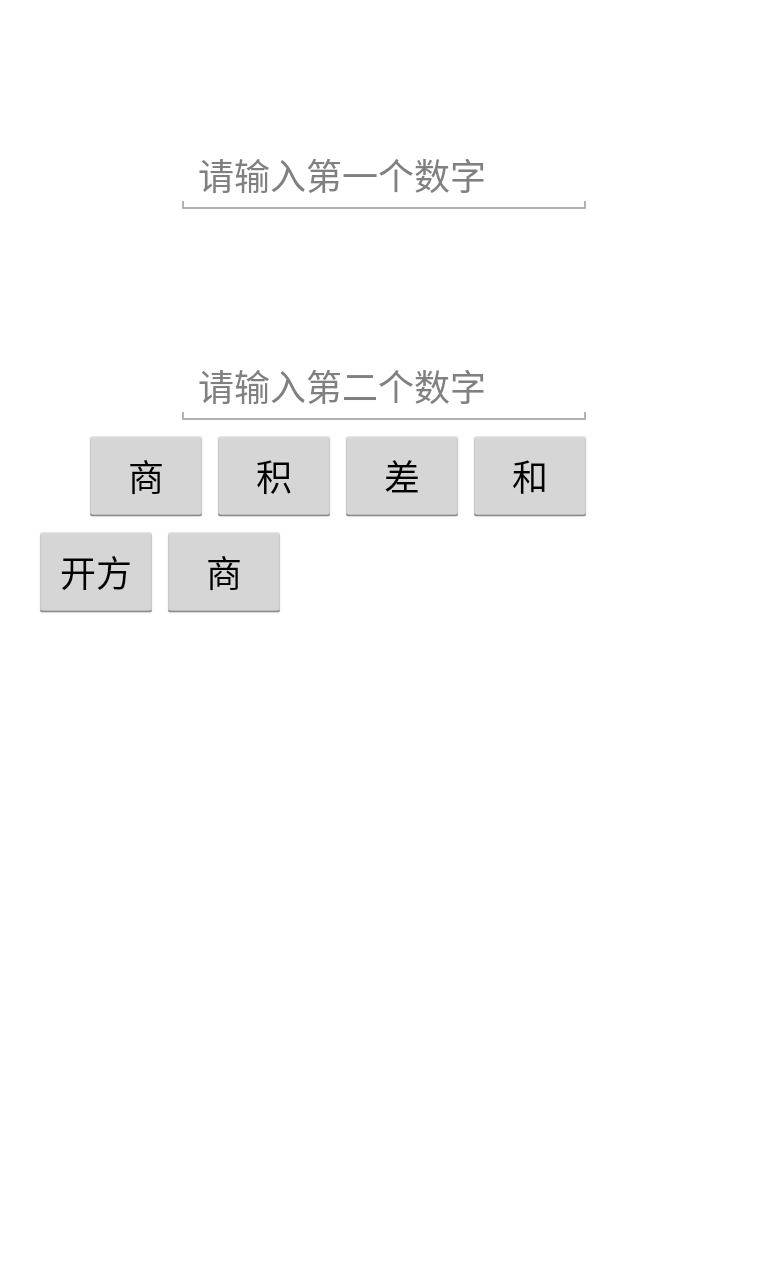
Repository: KungW/windows_learn_java_track
Layout: cac/res/layout/activity_main.xml
These files come from the project's save history. The layout is drawn as it stood at one moment and after the next save; the edit follows.
It is drawn on a 768 x 1280 px phone screen (xhdpi) without system bars, with theme AppTheme; the app's code is not run.

Above is the layout before, as saved 2016-10-20 15:51:52.

After the next save:
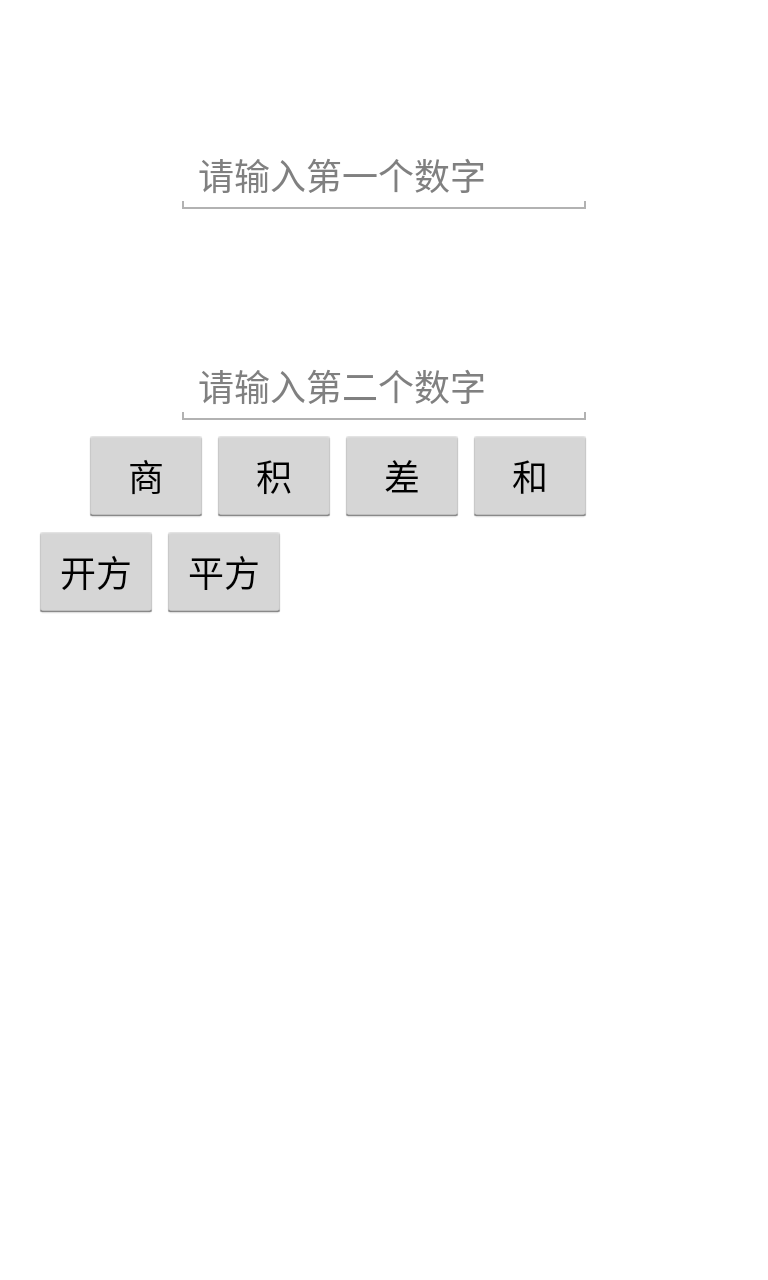
Saved 30 s later.
--- a/cac/res/layout/activity_main.xml
+++ b/cac/res/layout/activity_main.xml
@@ -58,7 +58,7 @@
         android:layout_height="wrap_content"
         android:layout_below="@+id/button3"
         android:layout_toRightOf="@id/button5"
-        android:text="商" />
+        android:text="平方" />
     <TextView
         android:id="@+id/textView1"
         android:layout_width="wrap_content"
